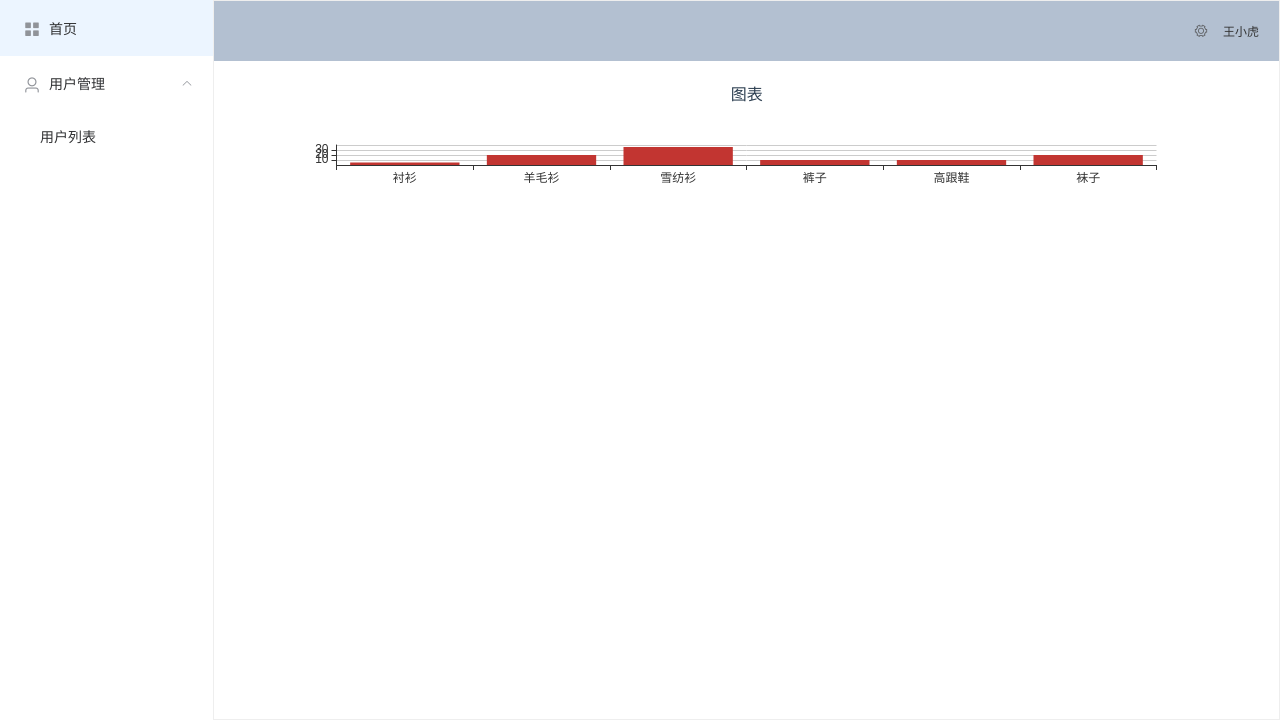
Repository: cmw520520/admin_vue
Page: /#/example/echart
These files come from the project's save history. The page is drawn as it stood at one moment and after the next save; the edit follows.
The browser window is 1280 px wide. The pictures show the whole page.
The project was rebuilt for these pictures with package versions that can differ from the ones it lists, and the page was loaded fresh each time. Also part of the build but not shown: src/page/home/Home.vue, src/page/user/UserList.vue.

Above is the page before, as saved 2019-07-01 11:47:10.

After the next save:
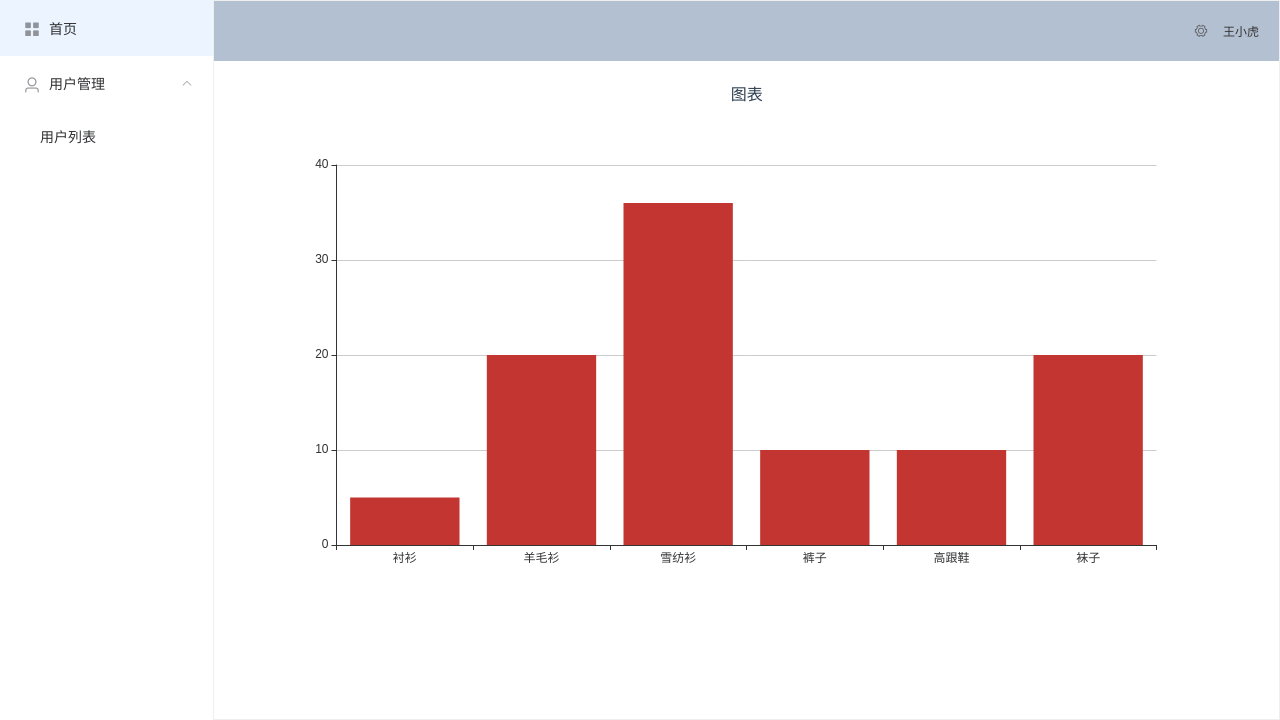
Saved 6 s later.
--- a/example/Echart.vue
+++ b/example/Echart.vue
@@ -2,7 +2,7 @@
   <el-row>
     <el-col>图表</el-col>
     <el-col>
-        <div id="main" style="height:100px;"></div>
+        <div id="main" style="height:500px;"></div>
     </el-col>
   </el-row>
 </template>
